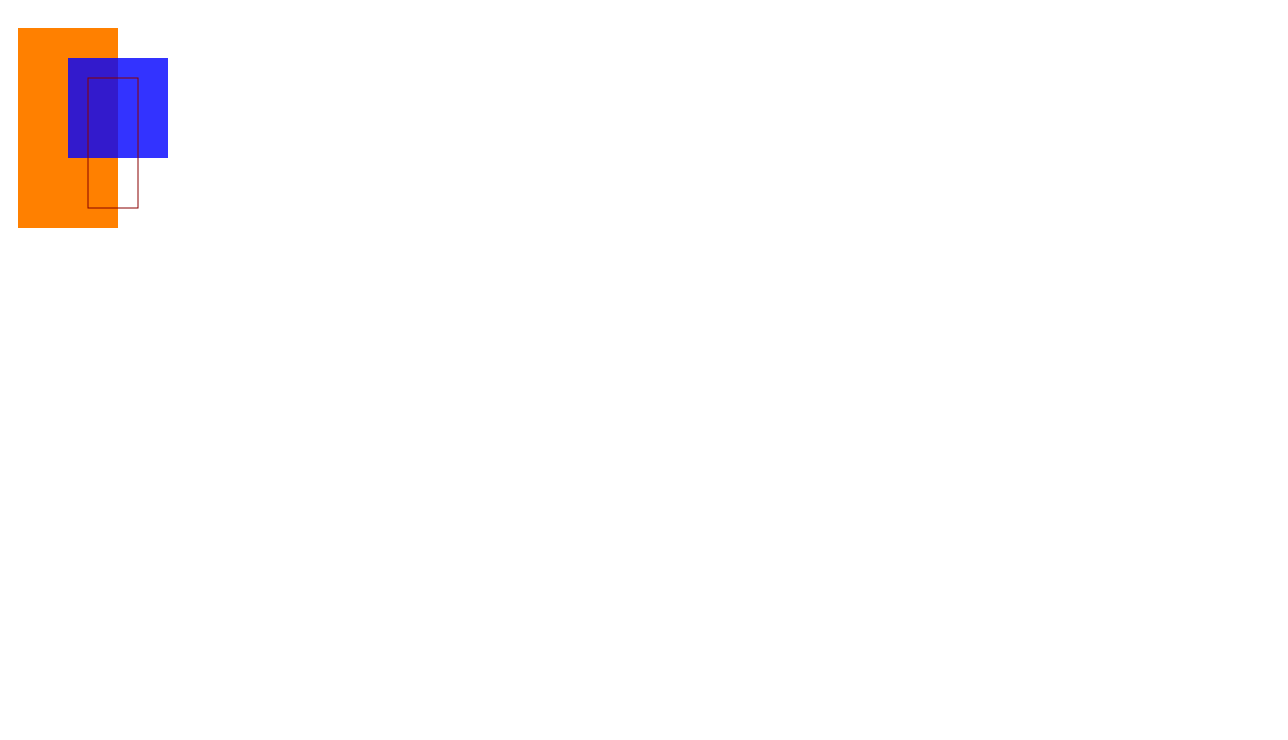
Repository: msminsu/msminsu.github.io
Page: canvas.html
The author's editor kept a copy of each file at every save. The page is drawn from the files as they stood at one save, then again after the next save.
The browser window is 1280 px wide. The page is 1288 px wide, so the pictures cover 1288 px, including what lies to the right of the window. The pictures show the whole page.

Above is the page before, as saved 2018-07-23 15:52:05.
Console error: ReferenceError: contenxt is not defined

### canvas.html
<!DOCTYPE html>
<html lang="en">
<head>
    <meta charset="UTF-8">
    <meta name="viewport" content="width=device-width, initial-scale=1.0">
    <meta http-equiv="X-UA-Compatible" content="ie=edge">
    <title>Document</title>
</head>
<body>
    <canvas id="canvas">

    </canvas>
</body>
<script>

    var canvas= document.getElementById('canvas'),
    context = canvas.getContext('2d'),
    width=window.innerWidth,
    height=window.innerHeight,
    ratio = window.devicePixelRatio;

    canvas.width= width * ratio;
    canvas.height= height * ratio;
    canvas.style.width = width +'px';
    canvas.style.height= height +'px';
    context.scale(ratio, ratio);

    context.fillStyle = "rgb(255,128, 0)";
    context.fillRect(10,20,100,200);

    context.fillStyle = "rgb(0,0,255,0.8)";
    context.fillRect(60,50,100,100);

context.strokeStyle="#800"
    context.strokeRect(80,70, 50, 130);


context.beginPath();
contenxt.moveTo(200,200);
content.lineTo(100,350);
contenxt.lineTo(350,300);

context.fillStyle  = "#0f0";
context.fill();

context.strokeStyle = "#000";
context.stroke();
</script>
</html>

After the next save:
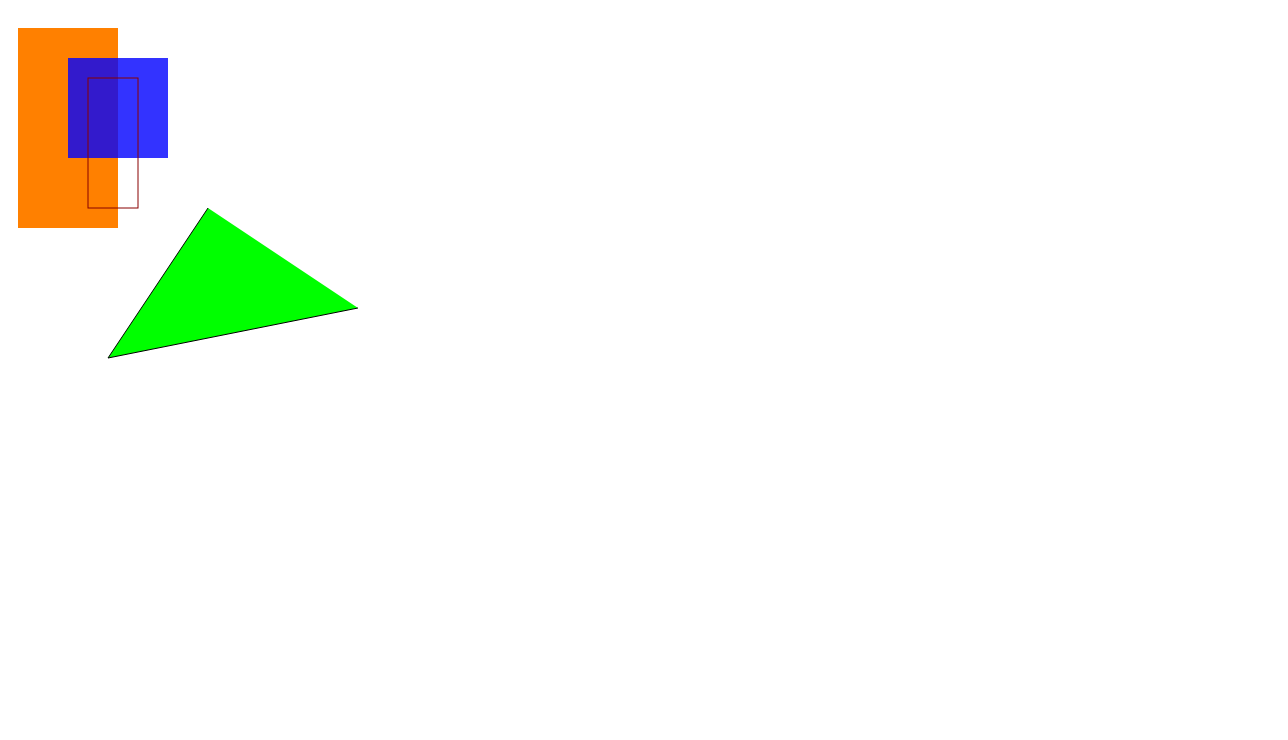
The error is gone.
Saved 17 s later.
--- a/canvas.html
+++ b/canvas.html
@@ -36,9 +36,9 @@ context.strokeStyle="#800"
 
 
 context.beginPath();
-contenxt.moveTo(200,200);
-content.lineTo(100,350);
-contenxt.lineTo(350,300);
+context.moveTo(200,200);
+context.lineTo(100,350);
+context.lineTo(350,300);
 
 context.fillStyle  = "#0f0";
 context.fill();
